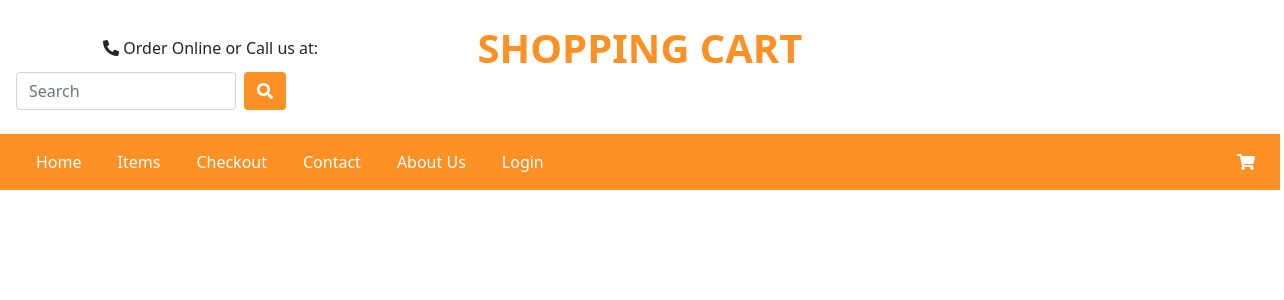
Repository: SaudCh/React-Ecommerce
Page: /login
An editor plug-in stored every save of this project. The page is shown before and after the next save, followed by the edit.
The browser window is 1280 px wide. The page is 1284 px wide, so the pictures cover 1284 px, including what lies to the right of the window. The pictures show the whole page.
The project was rebuilt for these pictures with package versions that can differ from the ones it lists, and the page was loaded fresh each time. Also part of the build but not shown: src/App.css.

Above is the page before, as saved 2021-12-05 12:49:37.

After the next save:
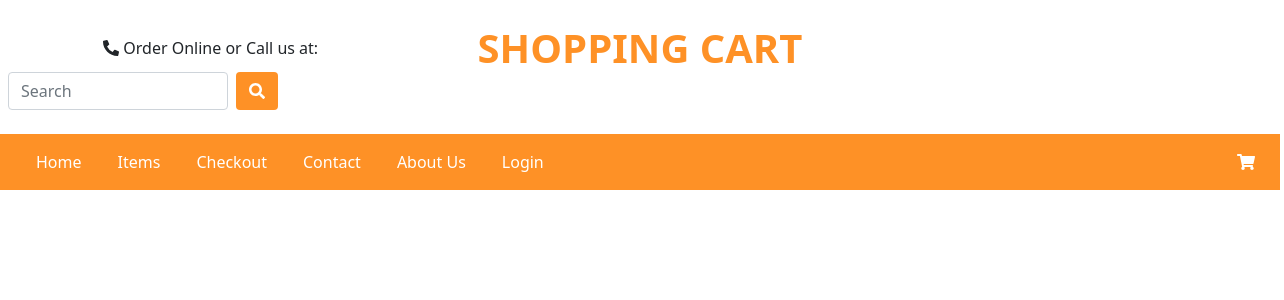
Saved 6 s later.
--- a/src/Header/Header.jsx
+++ b/src/Header/Header.jsx
@@ -23,7 +23,7 @@ export default function Header() {
               SHOPPING CART
             </p>
           </div>
-          <div className="col-12 col-md-4 mx-2 my-2 my-lg-0 text-center">
+          <div className="col-12 col-md-4 me-5 my-2 my-lg-0 text-center">
             <form class="d-flex col-12 col-lg-8">
               <input
                 class="form-control me-2"
